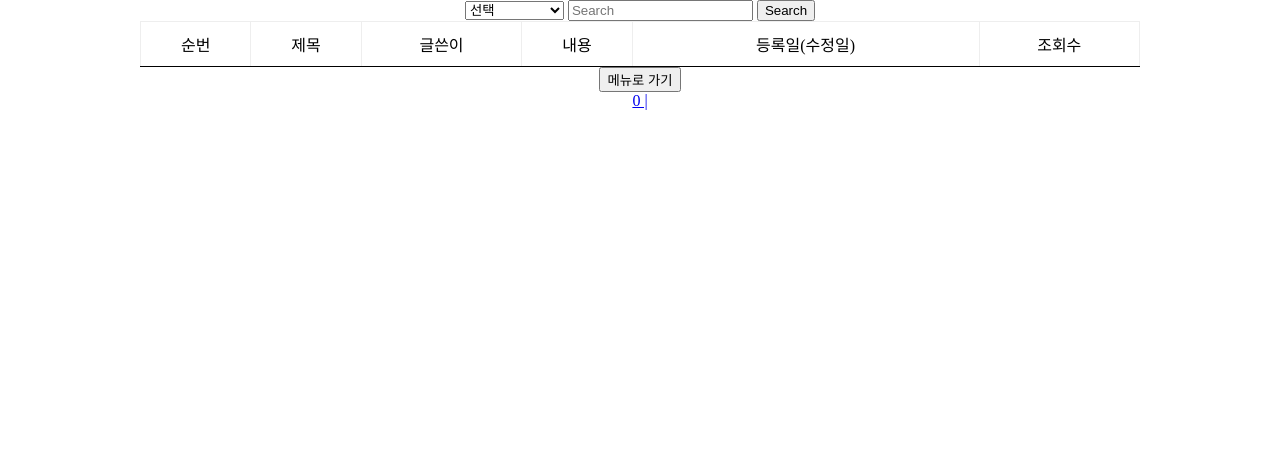
Repository: yangone8249/jsp_project
Page: http://localhost/myProject/board/list.jsp
These files come from the project's save history. The page is drawn as it stood at one moment and after the next save; the edit follows.
The browser window is 1280 px wide. The pictures show the part of the page from y = 271 to 729 px (the page is 729 px tall).
The page is served by Tomcat 9. Other server files are loaded and not shown. The template is opened directly, without the code that normally fills it, so the values that code supplies are empty.

Above is the page before, as saved 2023-05-24 05:45:47.

### jsp_project3/myProject/src/main/webapp/board/list.jsp
<%@ page language="java" contentType="text/html; charset=UTF-8"
    pageEncoding="UTF-8"%>
<%@ taglib uri="http://java.sun.com/jsp/jstl/core" prefix="c"%>
<!DOCTYPE html>
<html>
<head>
<meta charset="UTF-8">
<title>list Page</title>
<style type="text/css">
#listContent{width: 1000px; height: 700px;
    margin:auto;
    text-align: center;
}
#listTitle{
	font-weight: 500;

}
#titleDiv{
	width: 500px;
	height: 250px;
	margin:auto;
	background-image: url("https://kpoplat.com/wp-content/uploads/2020/06/KAKAO-FRIENDS.jpg");
}
#tableList{
	margin: auto;
	border-collapse : collapse;

	width: 100%;
}
#titleTable{
	border-top:none;
	border-left:none;
	border-right:none;
}
tr{ border: 1px solid black; height: 45px;}

</style>
</head>
<body>
	<div id="listContent">
	<div id="titleDiv">
		<h1 id="listTitle">게시글 목록</h1>
	</div>
	<!-- 검색 라인 -->
	<form action="/brd/page" method="post">
		<div>
			<c:set value="${pgh.pgvo.type }" var="typed"></c:set>
			<select name="type">
			<!-- selected : 현재 내가 선택한 값 -->
				<option ${typed == null?'selected':'' }>선택</option>
				<option ${typed eq 't' ? 'selected':'' }value="t">제목</option>
				<option ${typed eq 'c' ? 'selected':'' }value="c">내용</option>
				<option ${typed eq 'w' ? 'selected':'' }value="w">작성자</option>
				<option ${typed eq 'tc' ? 'selected':'' }value="tc">제목 + 내용</option>
				<option ${typed eq 'tw' ? 'selected':'' }value="tw">제목 + 작성자</option>
				<option ${typed eq 'cw' ? 'selected':'' }value="cw">내용 + 작성자</option>
			</select>
			<input type="text" name="keyword" placeholder="Search">
			<input type="hidden" name="pageNo" value="${pgh.pgvo.pageNo }">
			<input type="hidden" name="qty" value="${pgh.pgvo.qty}">
			<button type="submit">Search</button>
		</div>
	</form>
	<table border="1" id="tableList">
		<tr id="titleTable">
			<td>순번</td>
			<td>제목</td>
			<td>글쓴이</td>
			<td>내용</td>
			<td>등록일(수정일)</td>
			<td>조회수</td>
		</tr>
		<c:forEach items="${list }" var="list">
			<tr>
				<td>${list.num }</td>
				<td><a href="/brd/detail?num=${list.num }&title=${list.title }&writer=${list.writer}&detail=${list.detail}
				&regdate=${list.regdate }&counter=${list.counter }
				">${list.title }</a></td> <!-- queryString은 post처럼 못보냄..? -->
				<td>${list.writer }</td>
				<td>${list.detail }</td>
				<td>${list.regdate }</td>
				<td>${list.counter }</td>
			</tr>

		</c:forEach>
	</table>
	<a href="/mem/index"><button>메뉴로 가기</button></a> <br>
	<!-- 페이지네이션 위치 -->
	<!-- 컨트롤러에서 page정보를 싣고 와야함. -->
	<!-- startPage~endPage까지 숫자 반복 forEach -->

	<!-- 이전페이지 -->
	<c:if test="${pgh.prev }">
		<a href="/brd/page?pageNo=${pgh.startPage-1}&qty=${pgh.pgvo.qty}&type=${pgh.pgvo.type}&keyword=${pgh.pgvo.keyword}">이전</a>
	</c:if>
	<c:forEach begin="${pgh.startPage }" end="${pgh.endPage }" var="i">
		<a href="/brd/page?pageNo=${i }&qty=${pgh.pgvo.qty}&type=${pgh.pgvo.type}&keyword=${pgh.pgvo.keyword}">${i } | </a>
	</c:forEach>
	<!-- 다음페이지 -->
	<c:if test="${pgh.next }">
		<a href="/brd/page?pageNo=${pgh.endPage+1 }&qty=${pgh.pgvo.qty}&type=${pgh.pgvo.type}&keyword=${pgh.pgvo.keyword}">다음</a>
	</c:if>
	</div>
</body>
</html>

After the next save:
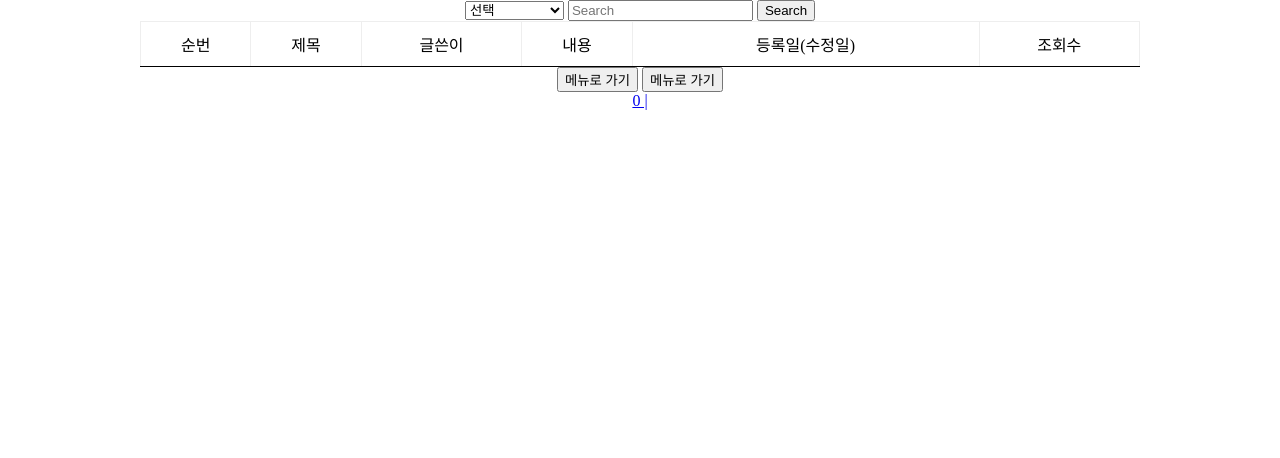
Saved 24 min 57 s later.
--- a/jsp_project3/myProject/src/main/webapp/board/list.jsp
+++ b/jsp_project3/myProject/src/main/webapp/board/list.jsp
@@ -84,7 +84,8 @@ tr{ border: 1px solid black; height: 45px;}
 
 		</c:forEach>
 	</table>
-	<a href="/mem/index"><button>메뉴로 가기</button></a> <br>
+	<a href="/mem/index"><button>메뉴로 가기</button></a>
+		<a href="/mem/index"><button>메뉴로 가기</button></a> <br>
 	<!-- 페이지네이션 위치 -->
 	<!-- 컨트롤러에서 page정보를 싣고 와야함. -->
 	<!-- startPage~endPage까지 숫자 반복 forEach -->
